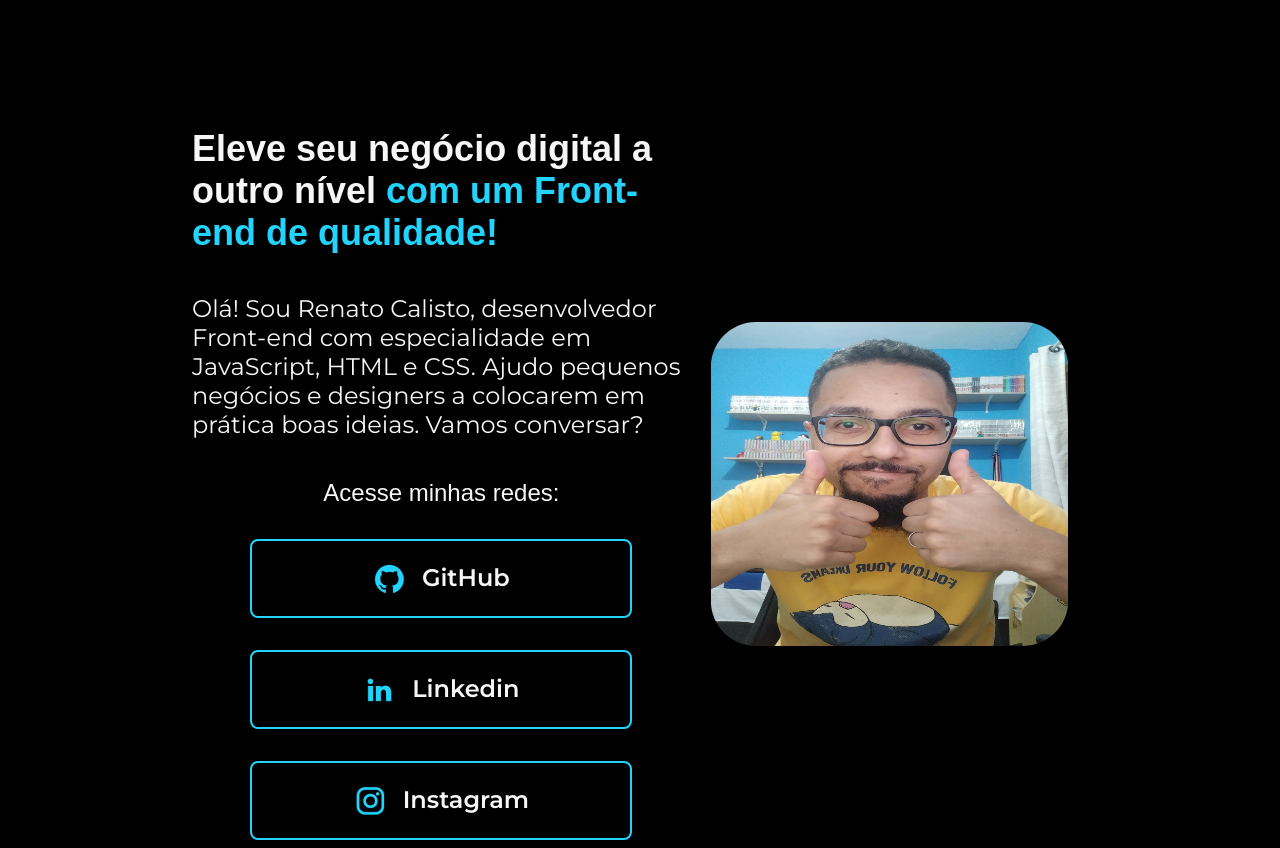
Repository: RenatoCCS/Portfolio_Alura
Page: index.html
The author's editor kept a copy of each file at every save. The page is drawn from the files as they stood at one save, then again after the next save.
The browser window is 1280 px wide. The pictures show the whole page.
Some web fonts or font styles are not loaded; a fallback is used.

Above is the page before, as saved 2023-02-28 20:30:40.

### index.html
<!DOCTYPE html>
<html lang="pt-br">
  <head>
    <meta charset="UTF-8" />
    <meta http-equiv="X-UA-Compatible" content="IE=edge" />
    <meta name="viewport" content="width=device-width, initial-scale=1.0" />
    <title>Portfolio</title>
    <link rel="stylesheet" href="style.css" />
  </head>
  <body>
    <header></header>
    <main class="apresentacao">
      <section class="apresentacao__conteudo">
        <h1 class="apresentacao__conteudo__titulo">
          Eleve seu negócio digital a outro nível
          <strong class="titulo-destaque">
            com um Front-end de qualidade!
          </strong>
        </h1>
        <p class="apresentacao__conteudo__texto">
          Olá! Sou Renato Calisto, desenvolvedor Front-end com especialidade em
          JavaScript, HTML e CSS. Ajudo pequenos negócios e designers a
          colocarem em prática boas ideias. Vamos conversar?
        </p>
        <div class="apresentacao__links">
          <h2 class="apresentacao__links__subtitulo">Acesse minhas redes:</h2>

          <a
            class="apresentacao__links__link"
            href="https://github.com/RenatoCCS"
          >
            <img src="./assets/github.png" alt="Icone do github" />
            GitHub
          </a>

          <a
            class="apresentacao__links__link"
            href="https://www.linkedin.com/in/renatocalisto/"
          >
            <img src="./assets/linkedin.png" alt="Icone do linkedin" />
            Linkedin
          </a>

          <a
            class="apresentacao__links__link"
            href="https://www.instagram.com/reevoltz/"
          >
            <img src="./assets/instagram.png" alt="Icone do instagram" />
            Instagram
          </a>
        </div>
      </section>
      <img
        class="apresentacao__foto"
        src="./assets/renato.jpg"
        alt="Renato fazendo sinal de positivo com ambas as mãos"
      />
    </main>
    <footer></footer>
  </body>
</html>

### style.css
@import url('https://fonts.googleapis.com/css2?family=Krona+One&family=Montserrat:wght@400;600&display=swap');

* {
  margin: 0;
  padding: 0;
}

body {
  height: 100vh;
  box-sizing: border-box;
  background-color: #000000;
  color: #f6f6f6;
}

.titulo-destaque {
  color: #22d4fd;
}

.apresentacao {
  margin: 10% 15%;
  display: flex;
  align-items: center;
  justify-content: space-between;
}

.apresentacao__conteudo {
  width: 615px;
  display: flex;
  flex-direction: column;
  gap: 40px;
}

.apresentacao__conteudo__titulo {
  font-size: 36px;
  font-family: 'Krona One', sans-serif;
}

.apresentacao__conteudo__texto {
  font-size: 24px;
  font-family: 'Montserrat', sans-serif;
}

.apresentacao__links {
  display: flex;
  flex-direction: column;
  justify-content: space-between;
  align-items: center;
  gap: 32px;
}

.apresentacao__links__subtitulo {
  font-family: 'Krona One', sans-serif;
  font-weight: 400;
  font-size: 24px;
}

.apresentacao__links__link {
  /* background-color: #22d4fd; foi trocado o estilo*/
  display: flex;
  justify-content: center;
  gap: 16px;
  border: 2px solid #22d4fd;
  width: 378px;
  text-align: center;
  border-radius: 8px;
  font-size: 24px;
  font-weight: 600;
  padding: 21.5px 0;
  text-decoration: none;
  color: #f6f6f6;
  font-family: 'Montserrat', sans-serif;
}

.apresentacao__links__link:hover {
  background-color: #272727;
}

/*Utilizei minha foto e fui adaptando de acordo com o tamanho da outra foto*/
.apresentacao__foto {
  height: 550px;
  width: 490px;
  left: 1032px;
  top: 253px;
  border-radius: 16px;
}

.apresentacao__foto:hover {
  transform: scale(1.1);
}

.apresentacao__foto {
  height: 50vh;
  border-radius: 50px;
  transform: scale(0.9);
}

After the next save:
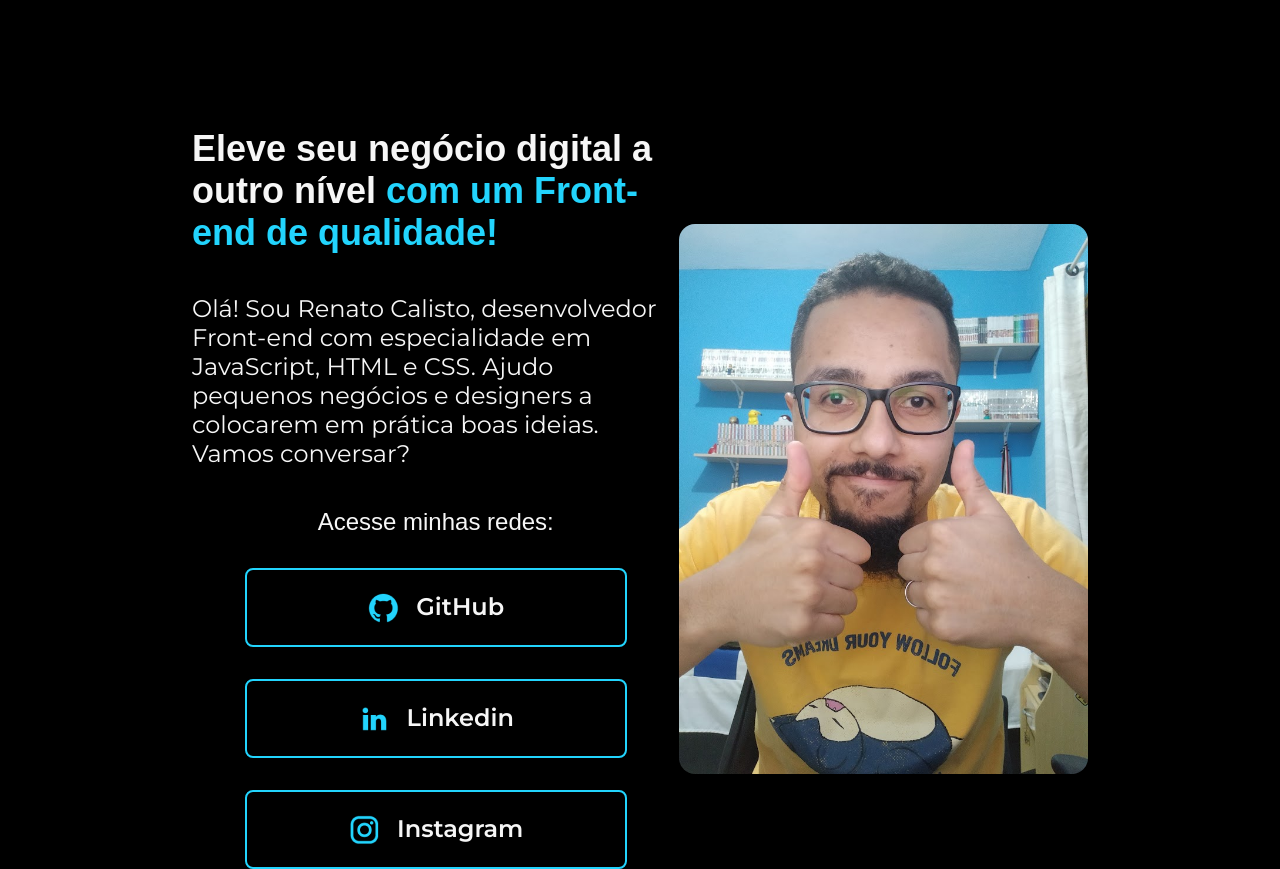
Saved 8 s later.
--- a/style.css
+++ b/style.css
@@ -83,13 +83,3 @@ body {
   top: 253px;
   border-radius: 16px;
 }
-
-.apresentacao__foto:hover {
-  transform: scale(1.1);
-}
-
-.apresentacao__foto {
-  height: 50vh;
-  border-radius: 50px;
-  transform: scale(0.9);
-}
